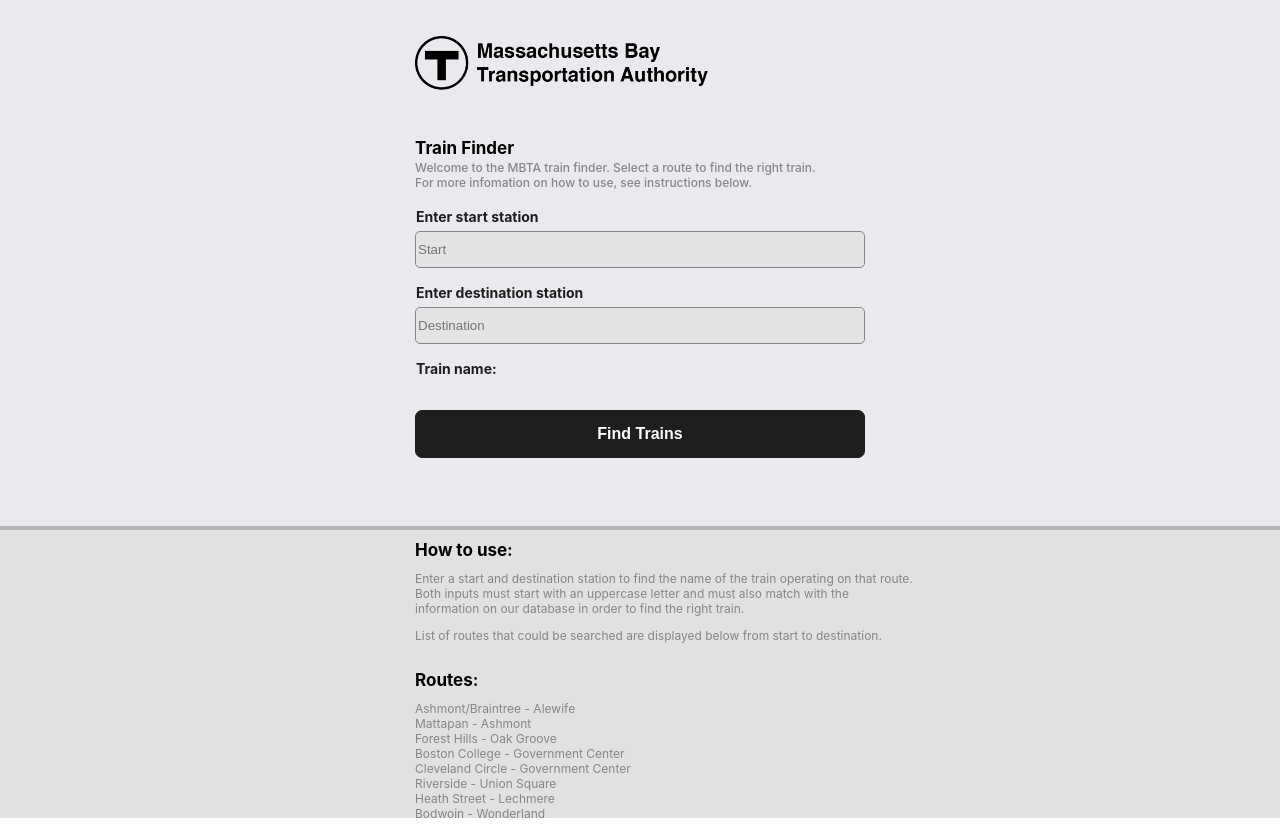
Repository: jumadesigns/mbta-train-finder
Page: / (app in mbta-app/)
The author's editor kept a copy of each file at every save. The page is drawn from the files as they stood at one save, then again after the next save.
The browser window is 1280 px wide. The pictures show the whole page.
The page's requests for data from a server got no answer. The project was rebuilt for these pictures with package versions that can differ from the ones it lists, and the page was loaded fresh each time. No one was signed in, and anything a server would have sent is missing.

Above is the page before, as saved 2022-09-26 22:14:34.

### mbta-app/src/index.css
body {
  margin: 0;
  font-family: -apple-system, BlinkMacSystemFont, "Segoe UI", "Roboto", "Oxygen",
    "Ubuntu", "Cantarell", "Fira Sans", "Droid Sans", "Helvetica Neue",
    sans-serif;
  -webkit-font-smoothing: antialiased;
  -moz-osx-font-smoothing: grayscale;
  height: 100vh;
}

.App {
  text-align: center;
}

.App-logo {
  margin-top: 3vh;
  max-width: 65%;
  max-height: 65%;
  margin-right: 25vh;
}

.header-title {
  text-align: left;
  margin-top: 6vh;
  font-size: 17px;
}

.header-subtitle {
  color: #858689;
  font-size: 12px;
  font-weight: 500;
  text-align: left;
  margin-top: -2vh;
}

.input-div {
  display: flex;
  flex-direction: column;
  justify-content: center;
  align-items: center;
  background-color: #e9eaed;
}

.input-container {
  margin-top: 2vh;
  height: 55vh;
  width: 450px;
  margin-bottom: 16vh;
}

.mbta-input-container {
  display: flex;
  flex-direction: column;
  justify-content: space-between;
  align-items: left;
}

.label-title {
  font-size: 14px;
  color: #1e1e1e;
  text-align: left;
  padding: 1px;
  margin: 5px;
  margin-bottom: 10px;
  margin-left: 0px;
}

.find-train-button {
  height: 48px;
  background-color: #1e1e1e;
  color: white;
  border: 1.5px solid #1e1e1e;
  border-radius: 7px;
}

.button-text {
  text-align: center;
  font-size: 16px;
  margin-top: 13px;
}

.input-bar {
  background: #e4e4e4;
  border: 1.5px solid #858689;
  border-radius: 5px;
  height: 33px;
  margin-bottom: 10px;
  margin-top: -5px;
}

.train-title {
  margin-bottom: 0vh;
}

#train-name {
  font-weight: 700;
  font-size: 20px;
  color: #1e1e1e;
  margin-bottom: 0px;
}

#train-name-not-found {
  font-size: 15px;
  font-weight: 700;
  margin-top: 0vh;
  color: red;
}

#error-message {
  margin-top: 1vh;
  color: red;
  font-size: 15px;
  font-weight: 700;
}

.bottom-container {
  position: absolute;
  bottom: 40;
  width: 100%;
  background-color: #e1e1e1;
  border-top: 4px #b5b5b5 solid;
  height: 40vh;
  display: flex;
  flex-direction: column;
  justify-content: center;
  align-items: center;
}

.bottom-center-div {
  height: 400px;
  width: 450px;
  margin-top: -10px;
  top: 40%;
  position: static;
  /*background-color: blue;*/
}

.bottom-section-title-1 {
  position: absolute;
  font-weight: 700;
  font-size: 17px;
  margin-top: 5vh;
  margin-right: 25vw;
}

.bottom-section-title-2 {
  position: absolute;
  font-weight: 700;
  font-size: 17px;
  margin-top: 2vh;
  margin-right: 25vw;
}

.bottom-section-paragraph-1 {
  font-size: 12px;
  text-align: left;
  color: #858689;
  margin-top: 9.3vh;
  width: 500px;
}

.bottom-section-paragraph-2 {
  font-size: 12px;
  text-align: left;
  color: #858689;
  margin-top: 8vh;
  width: 500px;
}

### mbta-app/src/App.js
import logo from "./logo.png";
import "./index.css";
import Input from "./Input";

/*

  My name is Victor Nite. Thank you for allowing me the opportunity to build this app.
  Although i was required to just complete the steps on the instruction, I went ahead to implement
  some additional functionalities to enhance the the user experience of the app. Here is what i added.

  1. ** Validation Checks **
  Since the name of the stops returned from the API are case sensitive and a user might not know that, I
  implemented validation check to inform the user that the first letter of each word must be case sensitive.
  I also implemented another validation to the check if the stations are not entered correctly.

  2. ** List the stations **
  I also thought a first time user might not know what to search for or how to combine
  the right stations to find a train. So i displayed a list of the stations to aide first time users.

  3. ** Interactive UI **
  I implemented an interactive UI with the official MBTA logo and their style guidelines. I also displayed
  instructions on how to use the app on the UI


  ** ISSUES I HAD **
  I was able to attempt all the steps however, i couldn't make progess with Step 2 simply because all the objects
  with the MBTA trains all returned 2 stops so there was nothing to compare them with.


  I added some comment alongside some of the code for better understanding on my thought process.

*/

function App() {
  return (
    <div className="App">
      <div className="input-div">
        <div className="input-container">
          <header className="App-header">
            <img src={logo} className="App-logo" alt="logo" />
            <h3 className="header-title">Train Finder</h3>
            <p className="header-subtitle">
              Welcome to the MBTA train finder. Select a route to find the right train. <br></br>
              For more infomation on how to use, see instructions below.
            </p>
          </header>

          <Input />
        </div>
      </div>
      <div className="bottom-container">
        <div className="bottom-center-div">
          <h3 className="bottom-section-title-1">How to use:</h3>

          <p className="bottom-section-paragraph-1">
            Enter a start and destination station to find the name of the train
            operating on that route. Both inputs must start with an uppercase
            letter and must also match with the information on our database in
            order to find the right train.
            <p>
              List of routes that could be searched are displayed below from
              start to destination.
            </p>
          </p>

          <h3 className="bottom-section-title-2">Routes:</h3>

          <p className="bottom-section-paragraph-2">
            Ashmont/Braintree - Alewife <br></br>
            Mattapan - Ashmont <br></br>
            Forest Hills - Oak Groove <br></br>
            Boston College - Government Center <br></br>
            Cleveland Circle - Government Center <br></br>
            Riverside - Union Square <br></br>
            Heath Street - Lechmere <br></br>
            Bodwoin - Wonderland <br></br>
          </p>
        </div>
      </div>
    </div>
  );
}

export default App;

### mbta-app/src/Input.js
import "./index.css";
import Axios from "axios";
import React from "react";
import { useEffect, useState } from "react";

/*

  My name is Victor Nite. Thank you for allowing me the opportunity to build this app.
  Although i was required to just complete the steps on the instruction, I went ahead to implement
  some additional functionalities to enhance the the user experience of the app. Here is what i added.

  1. ** Validation Checks **
  Since the name of the stops returned from the API are case sensitive and a user might not know that, I
  implemented validation check to inform the user that the first letter of each word must be case sensitive.
  I also implemented another validation to the check if the stations are not entered correctly.

  2. ** List the stations **
  I also thought a first time user might not know what to search for or how to combine
  the right stations to find a train. So i displayed a list of the stations to aide first time users.

  3. ** Interactive UI **
  I implemented an interactive UI with the official MBTA logo and their style guidelines. I also displayed
  instructions on how to use the app on the UI


  ** ISSUES I HAD **
  I was able to attempt all the steps however, i couldn't make progess with Step 2 simply because all the objects
  with the MBTA trains all returned 2 stops so there was nothing to compare them with.


  I added some comment alongside some of the code for better understanding on my thought process.

*/

function Input() {
  const [responseData, setResponseData] = useState([]);
  const [start, setStart] = useState("");
  const [destination, setDestination] = useState("");
  const [foundTrains, setFoundTrains] = useState("");
  const [errorText, setErrorText] = useState("");
  const [notFound, setNotFound] = useState("");

  //Makes the API call for Step 1 whenever the page loads.
  useEffect(() => {
    getData();
  }, []);

  //Checks on when there is no input.
  useEffect(() => {
    if (start === "" && destination === "") {
      setNotFound("");
      setErrorText("");
      setFoundTrains("");
    }
  }, [start, destination]);

  //Checks for inputs with the wrong answer.
  useEffect(() => {
    if (notFound !== "") {
      setFoundTrains("");
    }
  }, [notFound]);

  const handleStartChange = (event) => {
    const word = event.target.value;

    //Checks for validation to make sure first letter is uppercase. (New Feature)
    if (word.charAt(0) === word.charAt(0).toLowerCase()) {
      setErrorText(
        "*First letter must be Uppercase! Please delete and type again"
      );
    } else if (word.charAt(0) === word.charAt(0).toUpperCase()) {
      setErrorText("");
    }
    setStart(word);
  };

  const handleDestinationChange = (event) => {
    const word = event.target.value;

    //Checks for validation to make sure first letter is uppercase. (New Feature)
    if (word.charAt(0) === word.charAt(0).toLowerCase()) {
      setErrorText("First letter must be Uppercase");
    } else if (word.charAt(0) === word.charAt(0).toUpperCase()) {
      setErrorText("");
    }
    setDestination(word);
  };

  const FindTrains = () => {
    const findTrains = responseData.filter((train) => {
      return (
        train.attributes.direction_destinations.includes(start) &&
        train.attributes.direction_destinations.includes(destination)
      );
    });

    //Checks for when the search returns no data, updates the state to display a message.
    if (findTrains.length > 0) {
      const found = findTrains
        .map((train) => train.attributes.long_name)
        .join("line, ");
      setFoundTrains(found);
    } else {
      setNotFound(
        "*No train was found! Please clear all inputs and search again."
      );
    }
  };

  const getData = () => {
    /*
        Fetch the API. Using the second API link because it returns a more
        filtered list unlike the first one.
    */
    Axios.get("https://api-v3.mbta.com/routes?filter[type]=0,1").then(
      (response) => {
        //Put response in a variable
        const res = response.data;
        //console.log(res.data);

        //Map through the res variable to log to the name of trains to the console as required for Step 1.
        res.data.map((val) => console.log(val.attributes.long_name));

        //Set response to the state
        setResponseData(res.data);
      }
    );
  };

  return (
    <div className="">
      <div className="mbta-input-container">
        <h4 className="label-title">Enter start station</h4>
        <input
          className="input-bar"
          type="text"
          value={start}
          placeholder="Start"
          onChange={(e) => handleStartChange(e)}
        />
        <h4 className="label-title">Enter destination station</h4>
        <input
          className="input-bar"
          type="text"
          value={destination}
          placeholder="Destination"
          onChange={(e) => handleDestinationChange(e)}
        />
        <h4 className="label-title train-title">Train name:</h4>
        <h2 id="train-name">{foundTrains}</h2>
        <p id="train-name-not-found">{notFound}</p>

        <button onClick={FindTrains} className="find-train-button">
          <h3 className="button-text">Find Trains</h3>
        </button>

        <span id="error-message">{errorText}</span>
      </div>
    </div>
  );
}

export default Input;

Loaded but not shown: mbta-app/public/index.html (common file); mbta-app/src/index.js (common file)

After the next save:
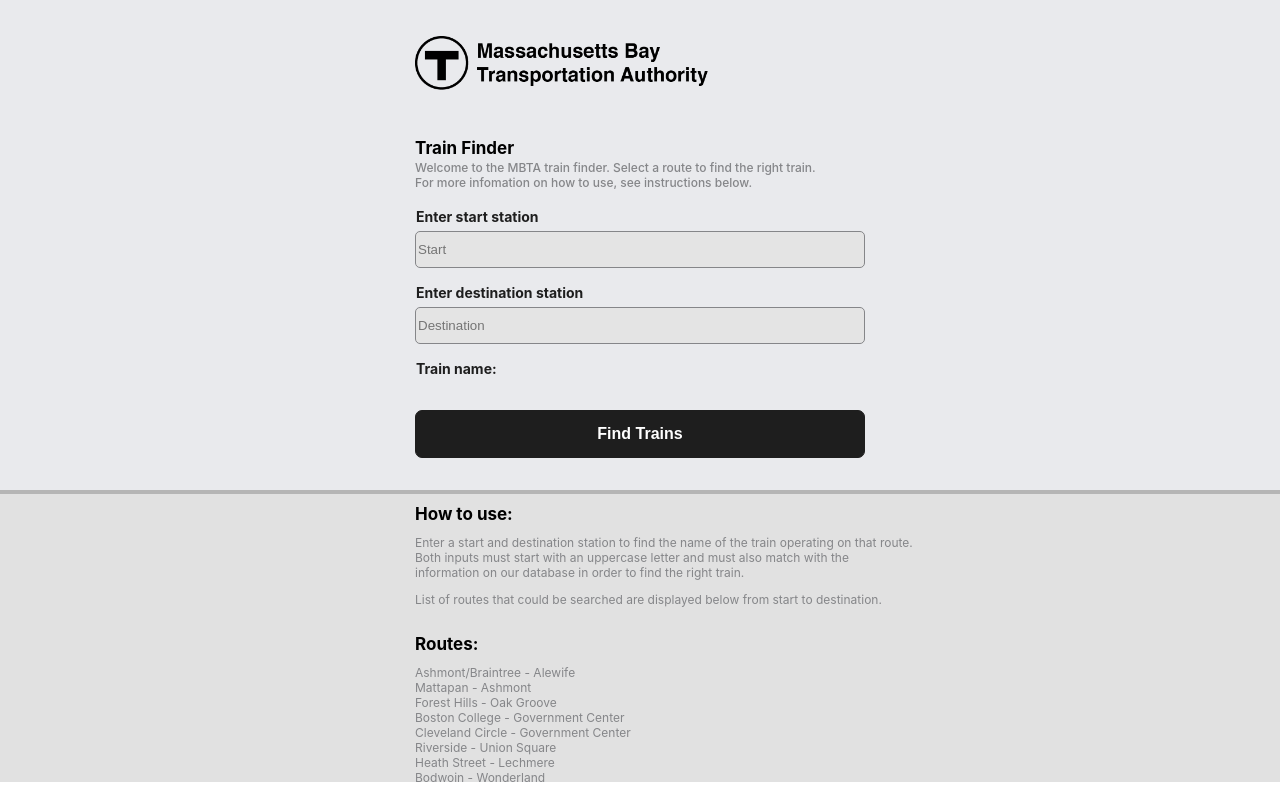
Saved 3 min 45 s later.
--- a/mbta-app/src/index.css
+++ b/mbta-app/src/index.css
@@ -43,7 +43,7 @@
 
 .input-container {
   margin-top: 2vh;
-  height: 55vh;
+  height: 50vh;
   width: 450px;
   margin-bottom: 16vh;
 }
